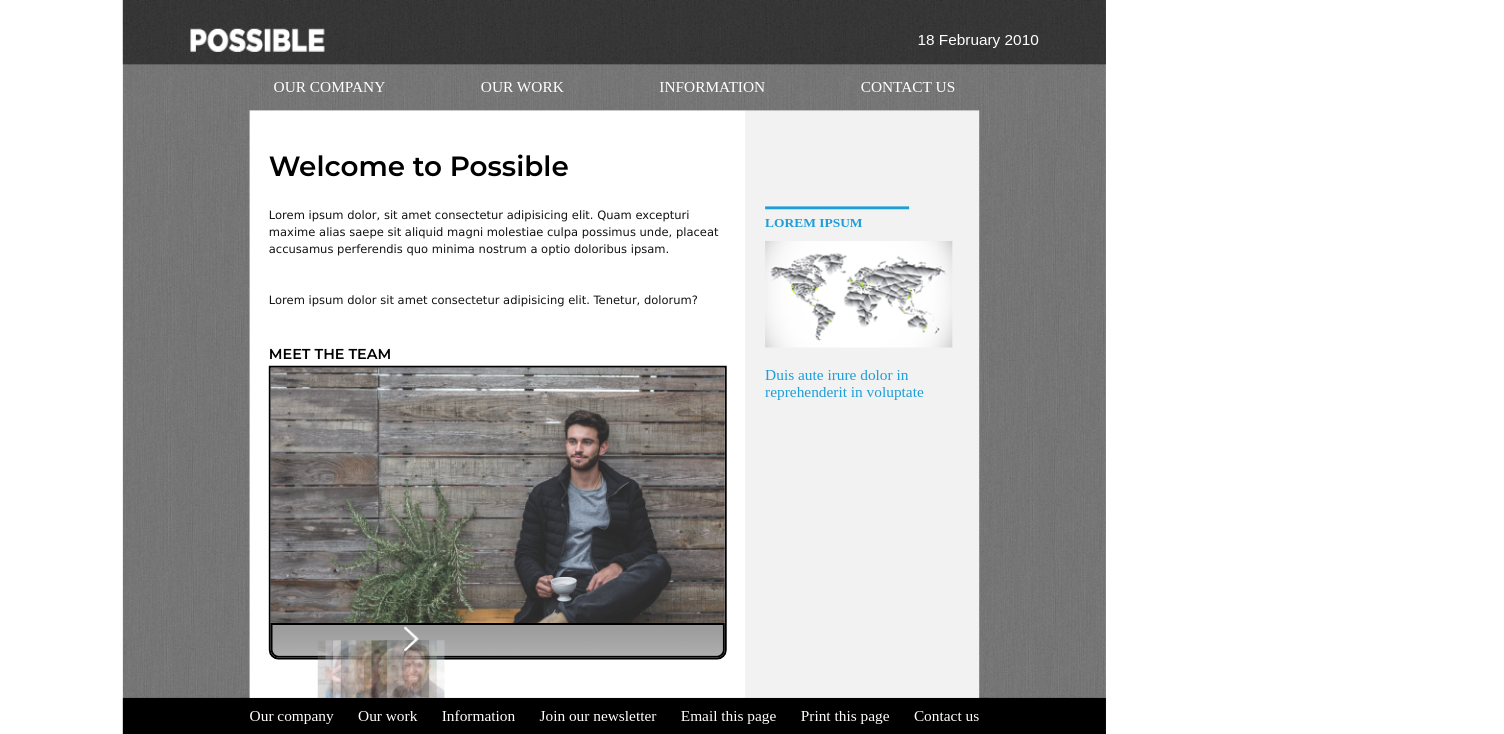
Repository: grzegorzgebala/possible-site
Page: index.html
These files come from the project's save history. The page is drawn as it stood at one moment and after the next save; the edit follows.
The browser window is 1280 px wide. The page is 1567 px wide, so the pictures cover 1567 px, including what lies to the right of the window. The pictures show the whole page, at 96% of full size.
The style sheet was rebuilt from its Sass, Less or Tailwind sources for each picture, by a compiler version that may differ from the author's.

Above is the page before, as saved 2020-02-18 18:54:49.

After the next save:
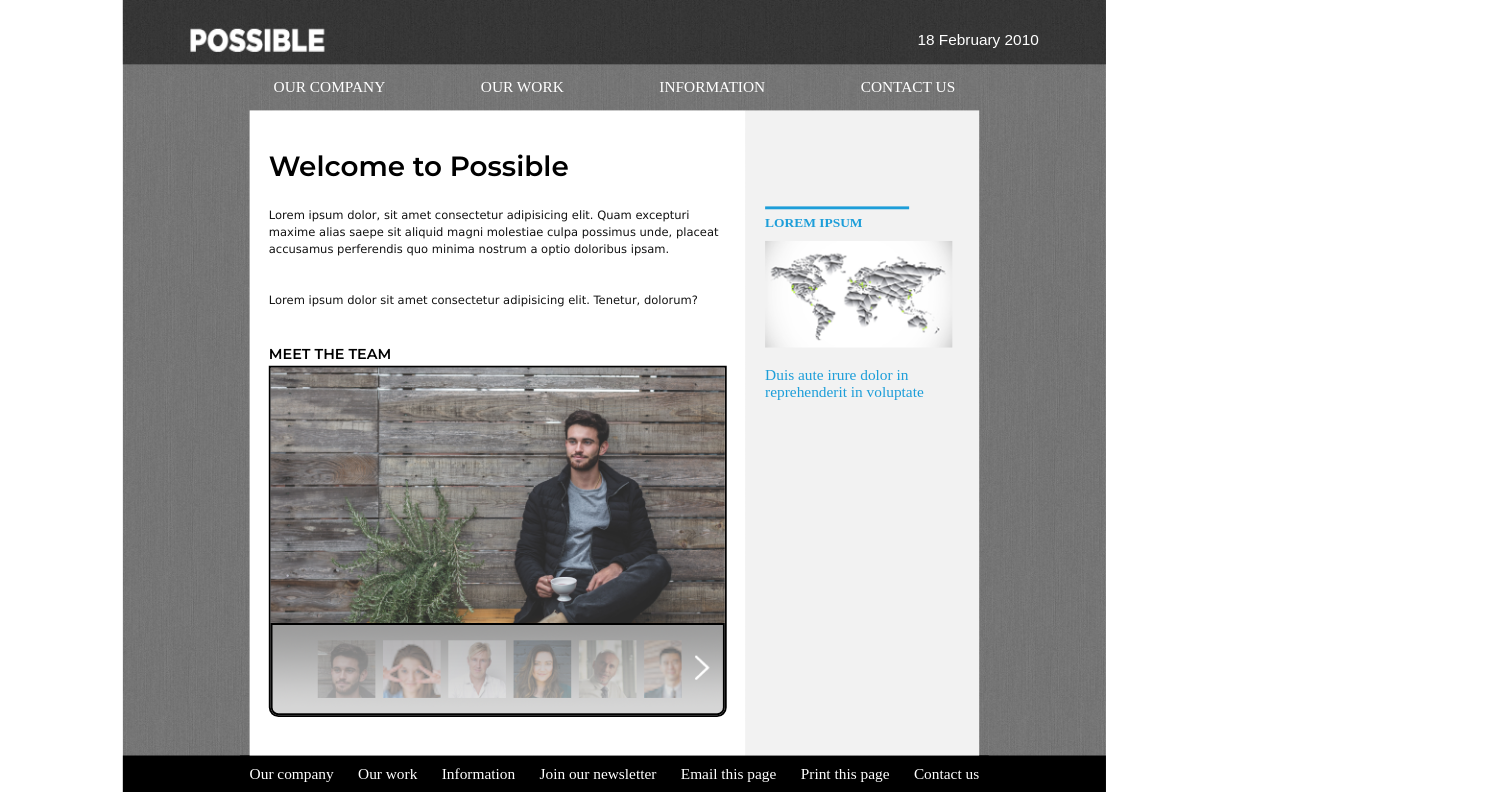
Saved 2 min 20 s later.
--- a/sass/style.scss
+++ b/sass/style.scss
@@ -171,7 +171,7 @@ header {
                 .pictureContainer {
                     width: 60px;
                     height: 60px;
-                    position: absolute;
+                    // position: absolute;
                     z-index: 1;
                     background: black;
                     opacity: .3;
